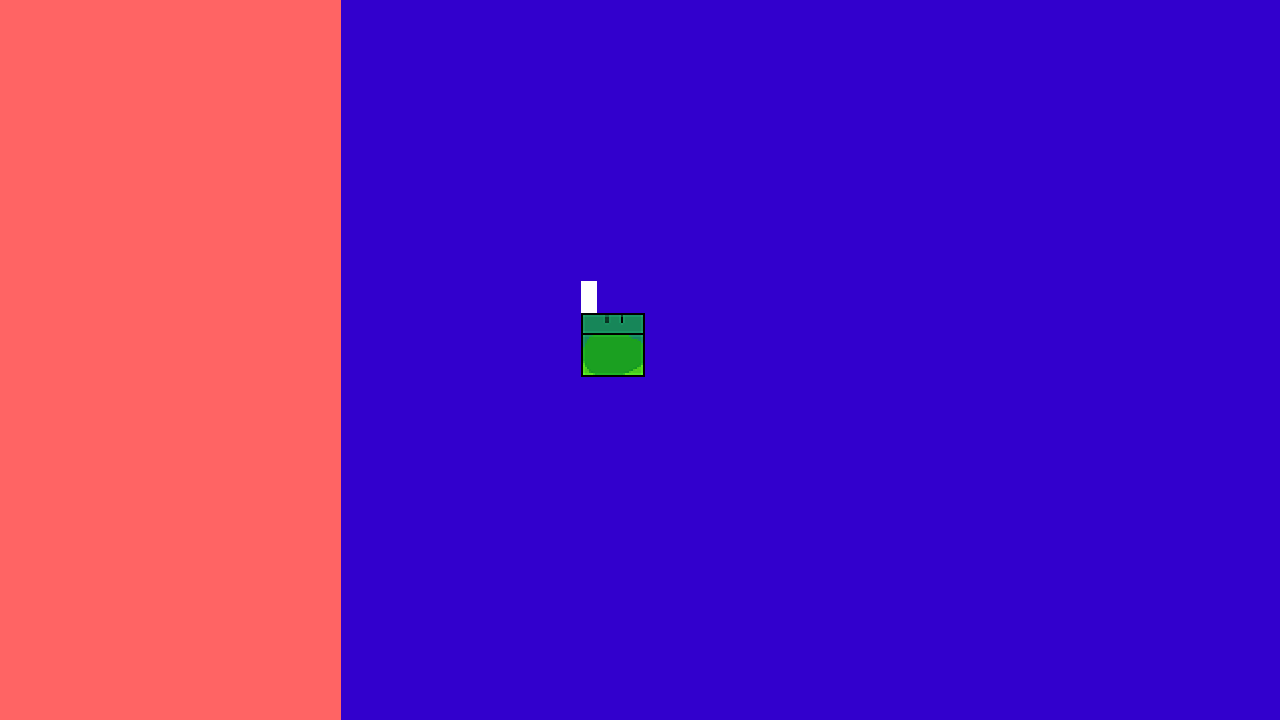
Repository: Nilabh-Bhowal/Dungeon-Game
Script's output: python main.py
These files come from the project's save history. The script's output is drawn as it stood at one moment and after the next save; the edit follows.
The window is shown after at most 60 frames with no key pressed. Random numbers start from a fixed seed. It also reads assets/images/entity/player.png.

Above is the script's output before, as saved 2023-06-27 12:55:19.

After the next save:
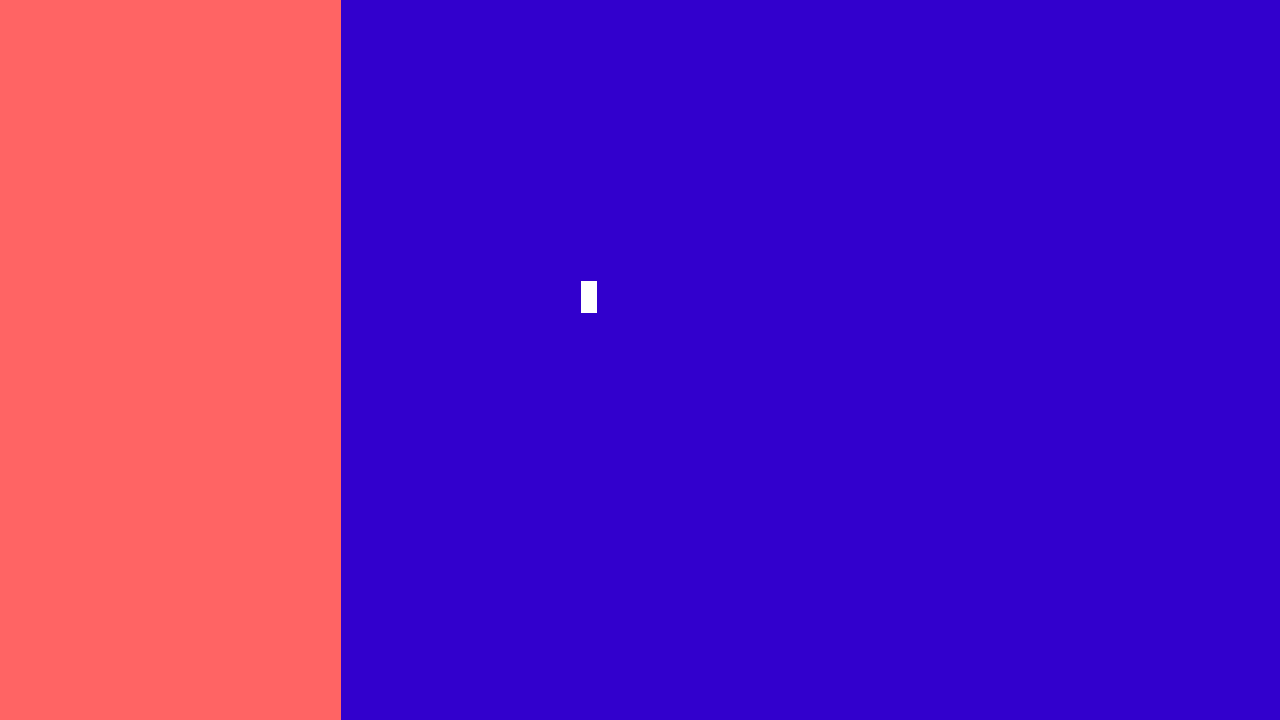
Saved 8 s later.
--- a/main.py
+++ b/main.py
@@ -25,18 +25,7 @@
         self.sword.update()
 
     def draw(self, screen, scroll):
-        if self.direction == "left":
-            screen.blit(pygame.transform.rotate(self.img, -90),
-                        (self.rect.x - scroll[0], self.rect.y - scroll[1]))
-        elif self.direction == "right":
-            screen.blit(pygame.transform.rotate(self.img, 90),
-                        (self.rect.x - scroll[0], self.rect.y - scroll[1]))
-        elif self.direction == "up":
-            screen.blit(pygame.transform.rotate(self.img, 180),
-                        (self.rect.x - scroll[0], self.rect.y - scroll[1]))
-        else:
-            screen.blit(self.img, (self.rect.x -
-                        scroll[0], self.rect.y - scroll[1]))
+        super
         self.sword.draw(screen, scroll)
 
 

After the 2 saves that followed:
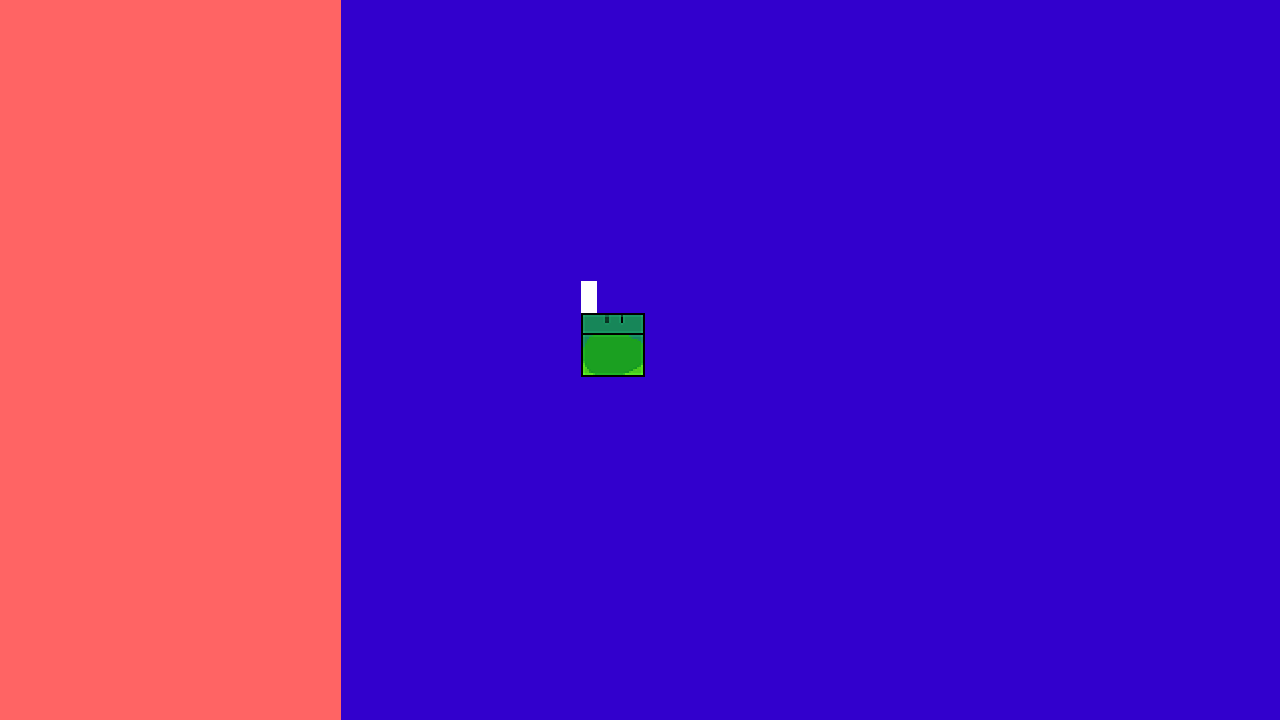
The 2 saves are shown as one change because they came seconds apart.
The last was saved 8 s later.
--- a/main.py
+++ b/main.py
@@ -25,7 +25,7 @@
         self.sword.update()
 
     def draw(self, screen, scroll):
-        super
+        super().draw(screen, scroll)
         self.sword.draw(screen, scroll)
 
 
